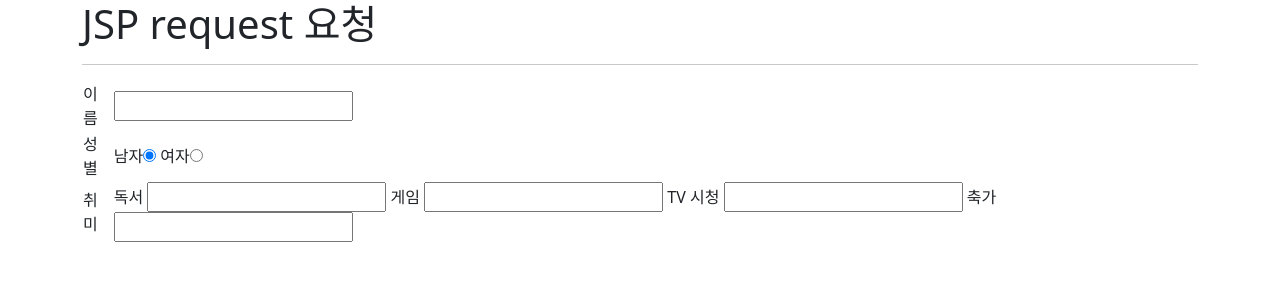
Repository: papepopopy/javascript
Page: http://localhost/webjsp/ex02/jspRequest.jsp
These files come from the project's save history. The page is drawn as it stood at one moment and after the next save; the edit follows.
The browser window is 1280 px wide. The pictures show the whole page.
The page is served by Tomcat 9. Nobody is signed in. The application's start-up code is not run.

Above is the page before, as saved 2024-07-04 02:12:41.

After the next save:
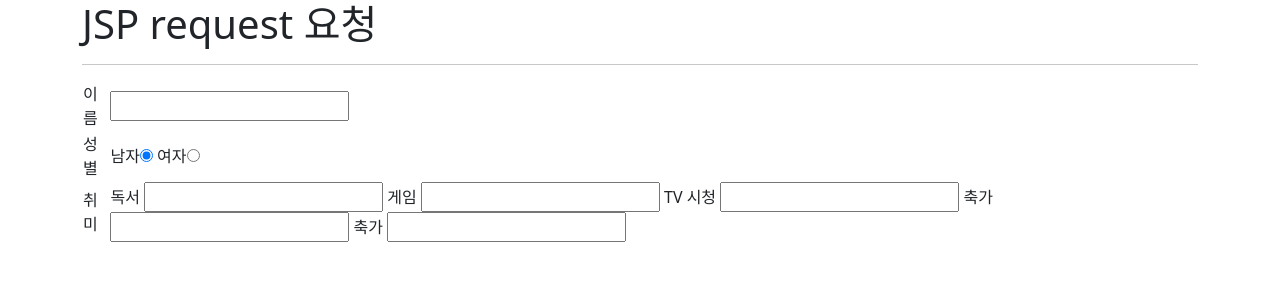
Saved 8 s later.
--- a/jspStudy/jspStudy/webjsp/src/main/webapp/ex02/jspRequest.jsp
+++ b/jspStudy/jspStudy/webjsp/src/main/webapp/ex02/jspRequest.jsp
@@ -37,6 +37,7 @@
 								게임 <input type="check" name="hobby" value=""/>
 								TV 시청 <input type="check" name="hobby" value=""/>
 								축가 <input type="check" name="hobby" value=""/>
+								축가 <input type="check" name="hobby" value=""/>
 							</td>
 						</tr>
 					</tbody>
